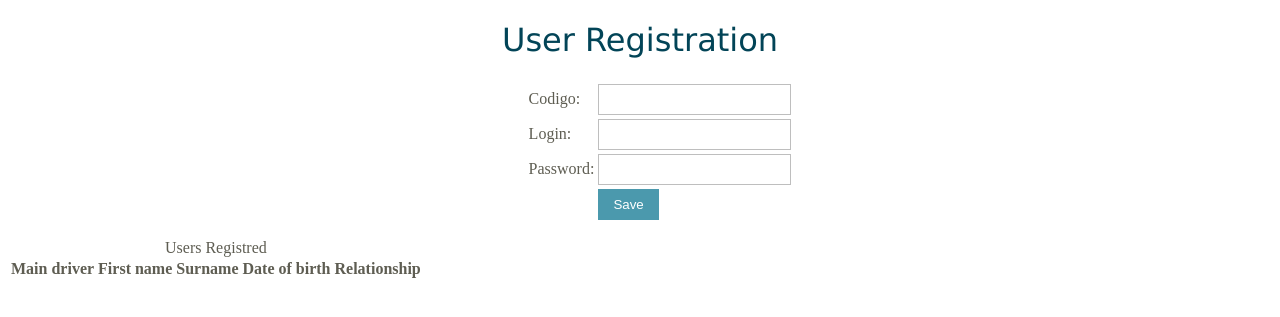
Repository: ViniciusBeletella/project-jsp
Page: http://localhost/project-jsp/userRegistration.jsp
These files come from the project's save history. The page is drawn as it stood at one moment and after the next save; the edit follows.
The browser window is 1280 px wide. The pictures show the whole page.
The page is served by Tomcat 9.

Above is the page before, as saved 2019-12-20 22:23:22.

After the next save:
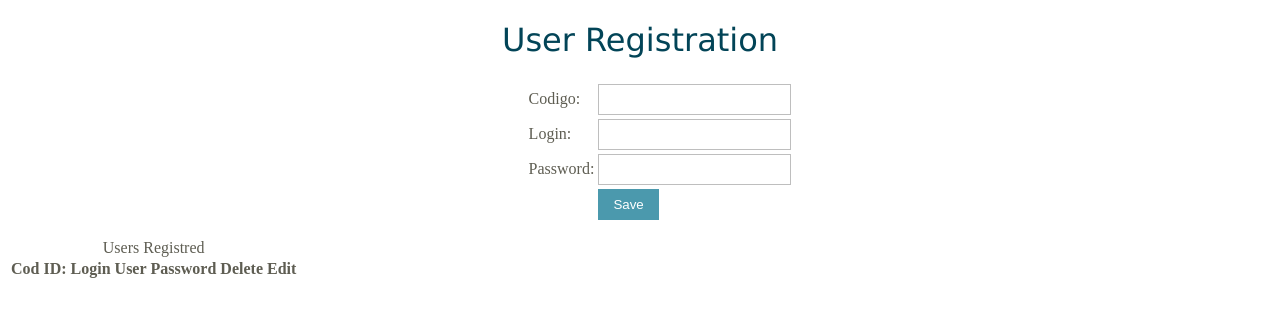
Saved 89 s later.
--- a/project-jsp/WebContent/userRegistration.jsp
+++ b/project-jsp/WebContent/userRegistration.jsp
@@ -51,11 +51,11 @@
 		<table class="responstable">
 			<caption>Users Registred</caption>
 			<tr>
-				<th>Main driver</th>
-				<th data-th="Driver details"><span>First name</span></th>
-				<th>Surname</th>
-				<th>Date of birth</th>
-				<th>Relationship</th>
+				<th>Cod ID:</th>
+				<th data-th="Driver details"><span>Login User</span></th>
+				<th>Password</th>
+				<th>Delete</th>
+				<th>Edit</th>
 			</tr>
 			<c:forEach items="${users}" var="userL">
 				<tr>
